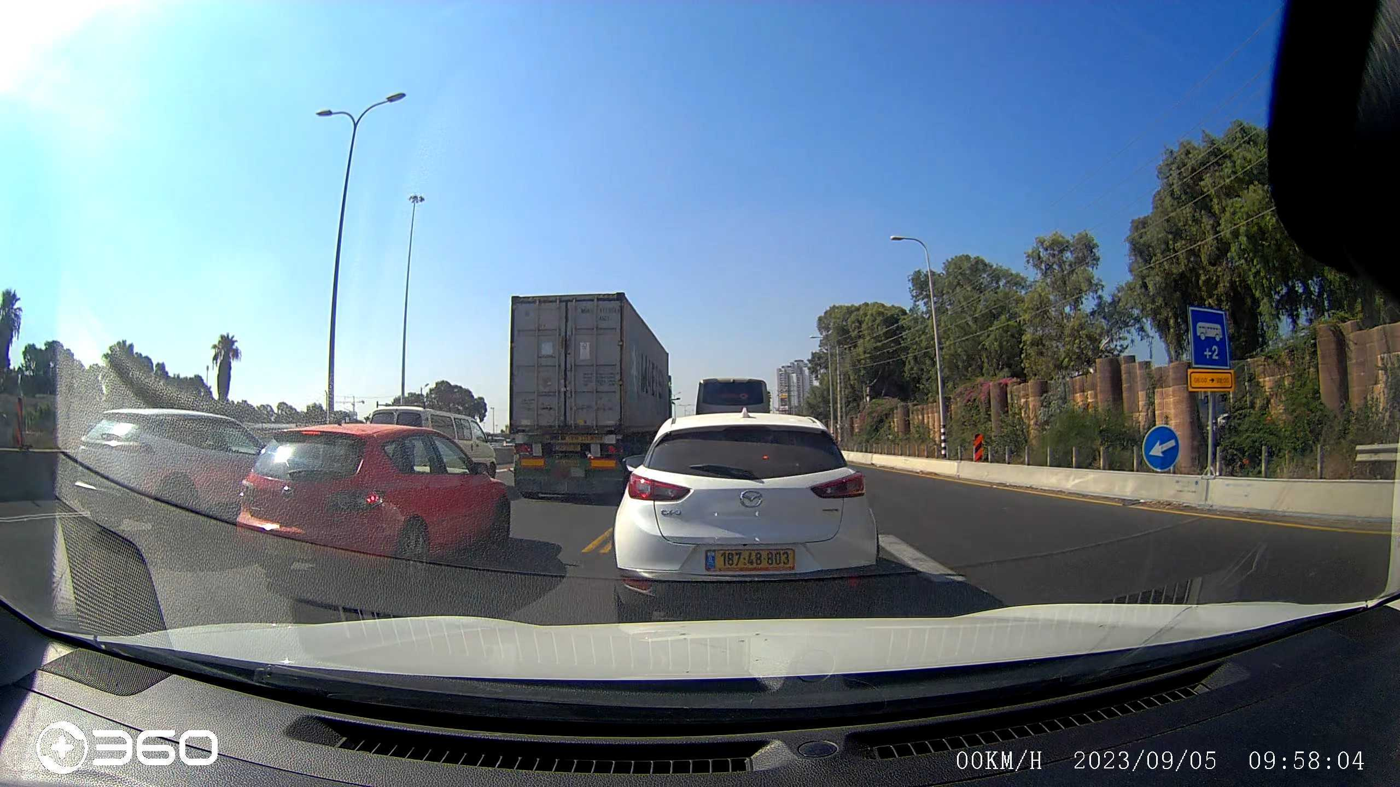
Repository: aliowka/chucha
Script's output: python main.py
An editor plug-in stored every save of this project. The script's output is shown before and after the next save, followed by the edit.
Figures wider than 1,400 px are first shrunk to that width. Random numbers start from a fixed seed. It also reads imgs/car1.jpg.

Above is the script's output before, as saved 2023-09-05 18:56:35.

### main.py
import cv2

img_file = "imgs/car1.jpg"

#pretrain car detector file
classifier_file = 'detectors/cars.xml'





img = cv2.imread(img_file)
black_n_white = cv2.cvtColor(img, cv2.COLOR_BGR2GRAY)
car_tracker = cv2.CascadeClassifier(classifier_file)


cv2.imshow('chucha', img)
cv2.waitKey()



print("Code Complete")

Loaded but not shown: detectors/cars.xml (common file)

After the next save:
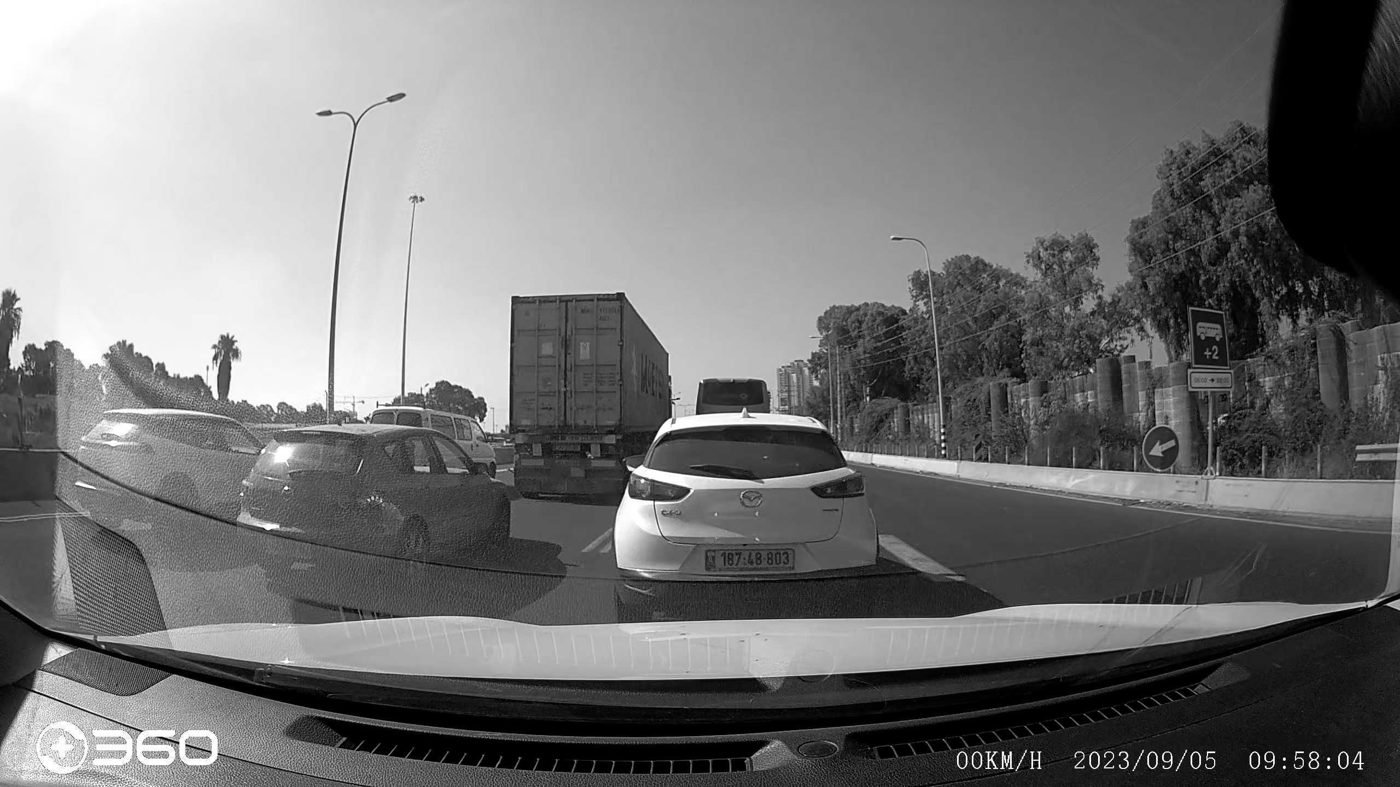
Saved 8 s later.
--- a/main.py
+++ b/main.py
@@ -14,7 +14,7 @@
 car_tracker = cv2.CascadeClassifier(classifier_file)
 
 
-cv2.imshow('chucha', img)
+cv2.imshow('chucha', black_n_white)
 cv2.waitKey()
 
 
